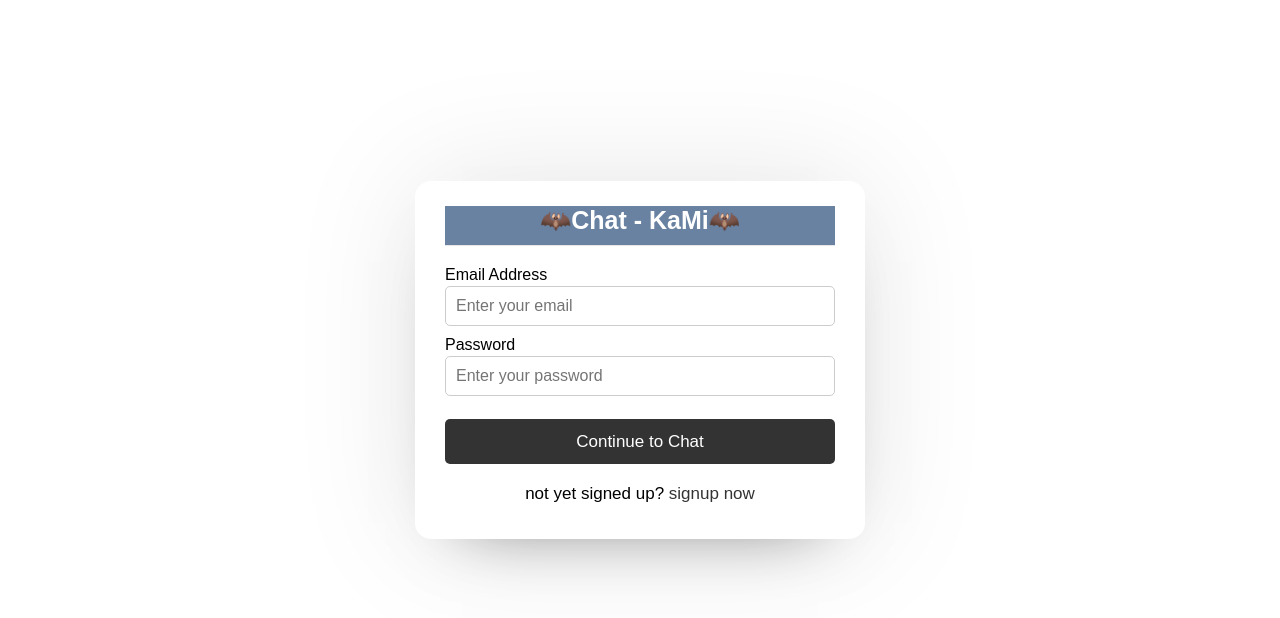
Repository: kananavy/CONQUER
Page: http://localhost/login.php
The author's editor kept a copy of each file at every save. The page is drawn from the files as they stood at one save, then again after the next save.
The browser window is 1280 px wide. The pictures show the whole page.
The page is run by PHP 8.4 with error messages shown; the project is at /var/www/html/.

Above is the page before, as saved 2023-01-24 18:24:19.

After the next save:
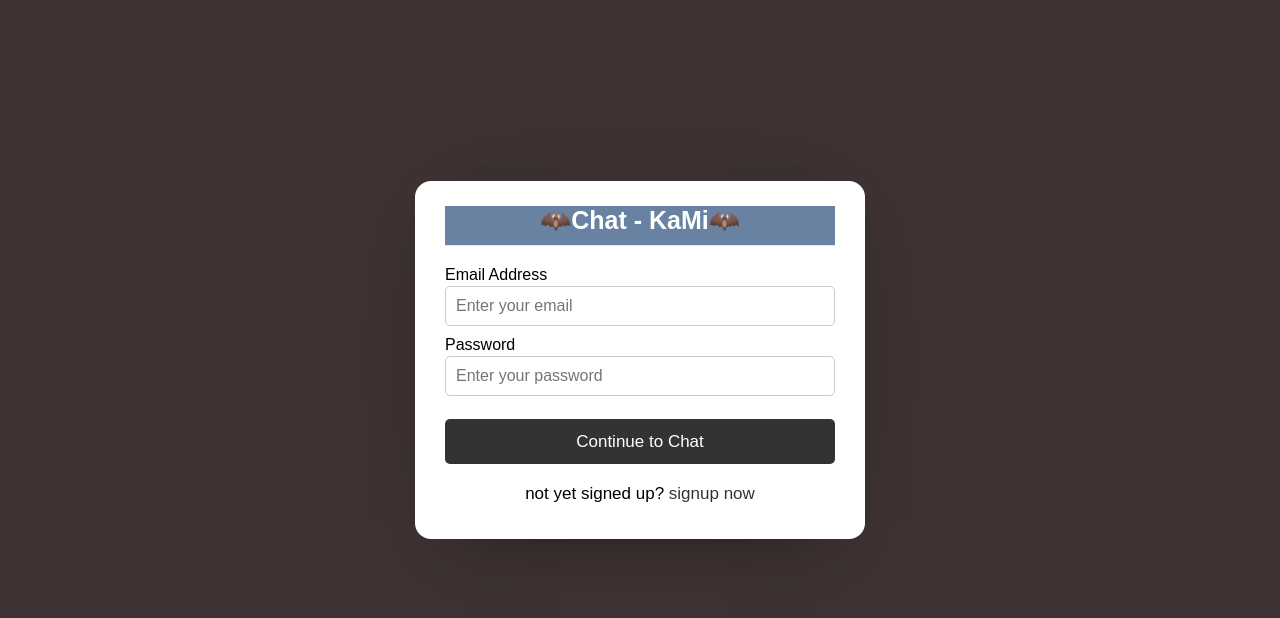
Saved 2 min 39 s later.
--- a/chat.css
+++ b/chat.css
@@ -10,7 +10,7 @@
     align-items: center;
     justify-content: center;
     min-height: 100vh;
-    background: #ffffff;
+    background: #3f3333;
     /* background-color: rgb(71, 182, 202); */
 }
 .wrapper{
